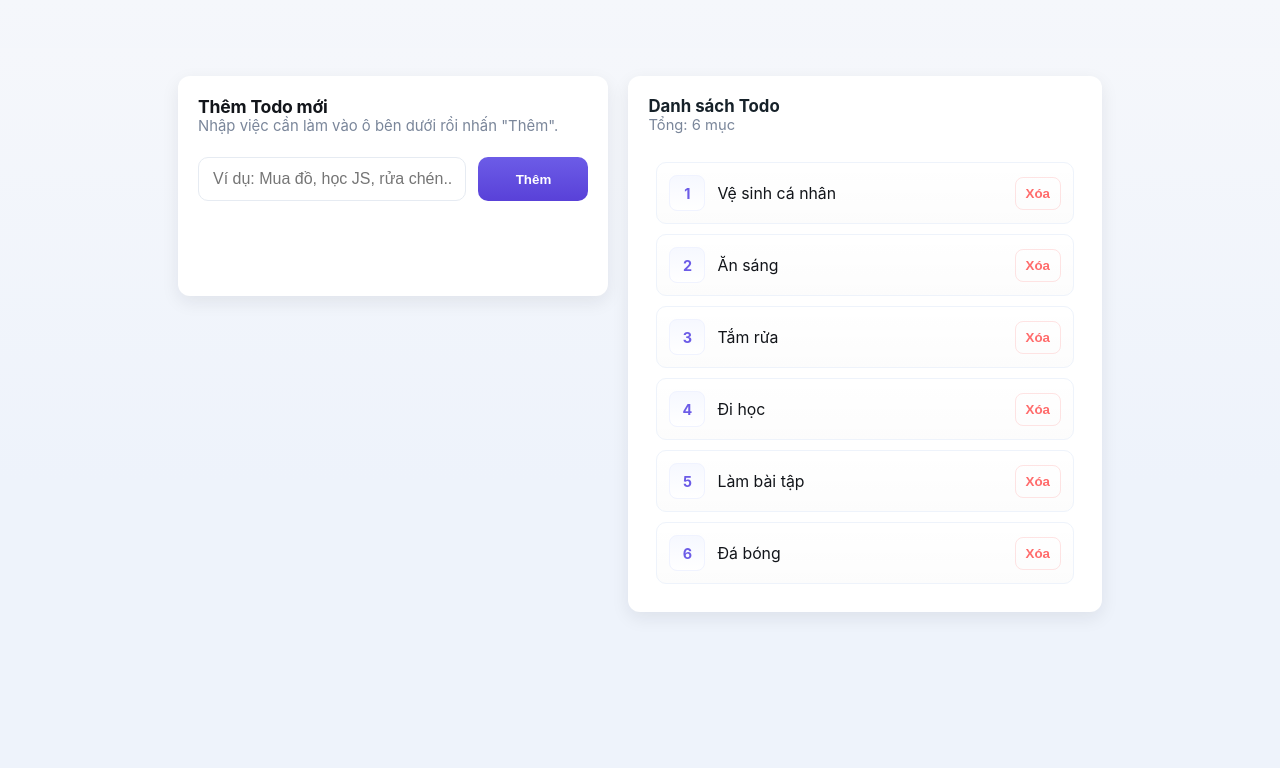
Repository: binhphanbp/ECMAScript_WEB501_WD20301
Page: class_TranBaHo/lesson3/1.todo-list/dom/index.html
The author's editor kept a copy of each file at every save. The page is drawn from the files as they stood at one save, then again after the next save.
The browser window is 1280 px wide. The pictures show the whole page.

Above is the page before, as saved 2025-09-23 10:54:41.

After the next save:
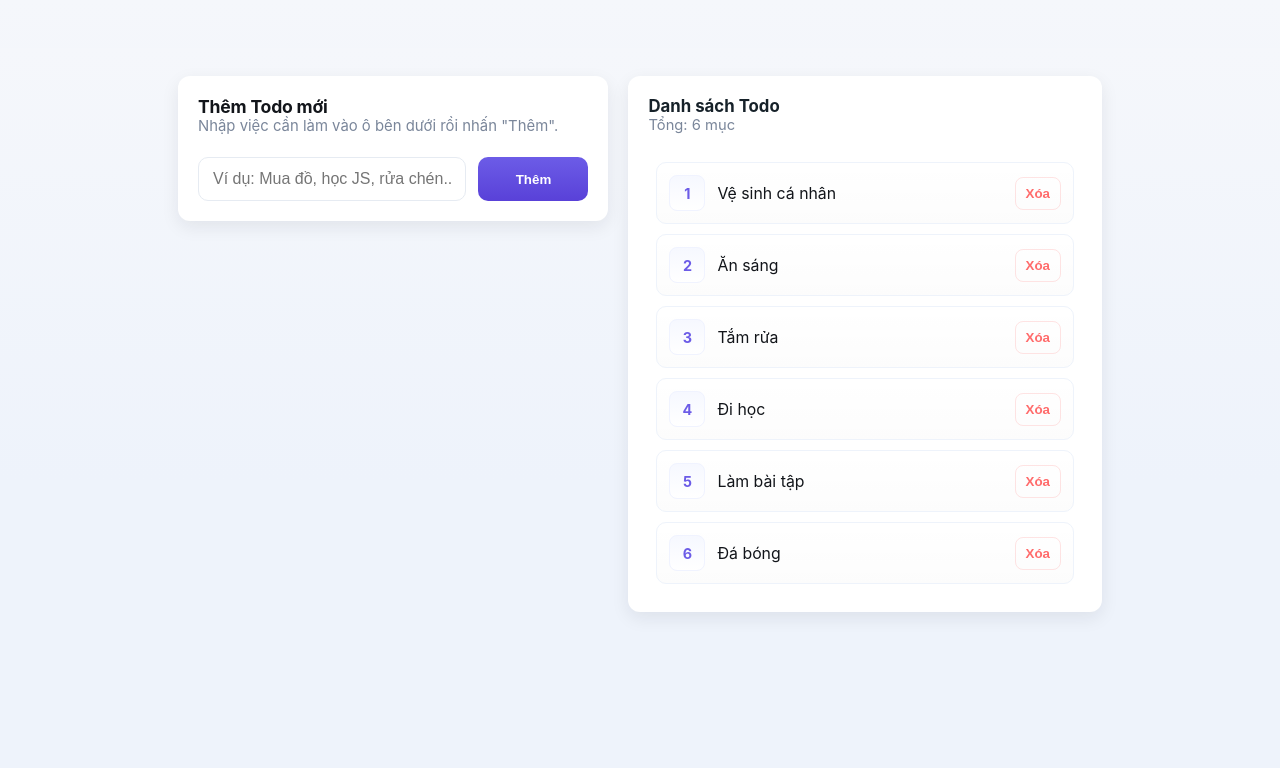
Saved 38 s later.
--- a/class_TranBaHo/lesson3/1.todo-list/dom/index.html
+++ b/class_TranBaHo/lesson3/1.todo-list/dom/index.html
@@ -56,7 +56,6 @@
         display: flex;
         flex-direction: column;
         gap: 16px;
-        min-height: 220px;
       }
 
       #left-box h2 {
